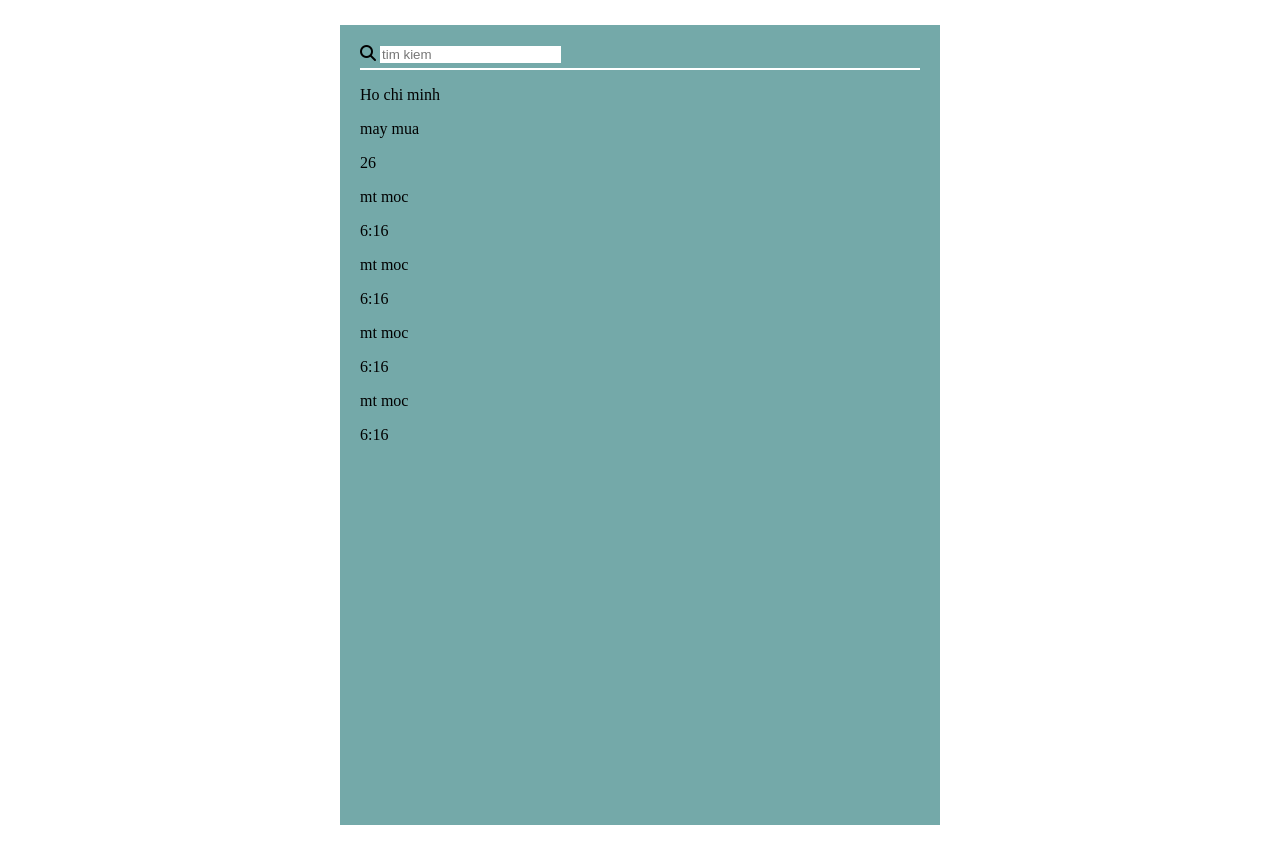
Repository: tienbkvn0605/weatherApp
Page: index.html
The author's editor kept a copy of each file at every save. The page is drawn from the files as they stood at one save, then again after the next save.
The browser window is 1280 px wide. The pictures show the whole page.

Above is the page before, as saved 2022-10-05 16:45:12.

After the next save:
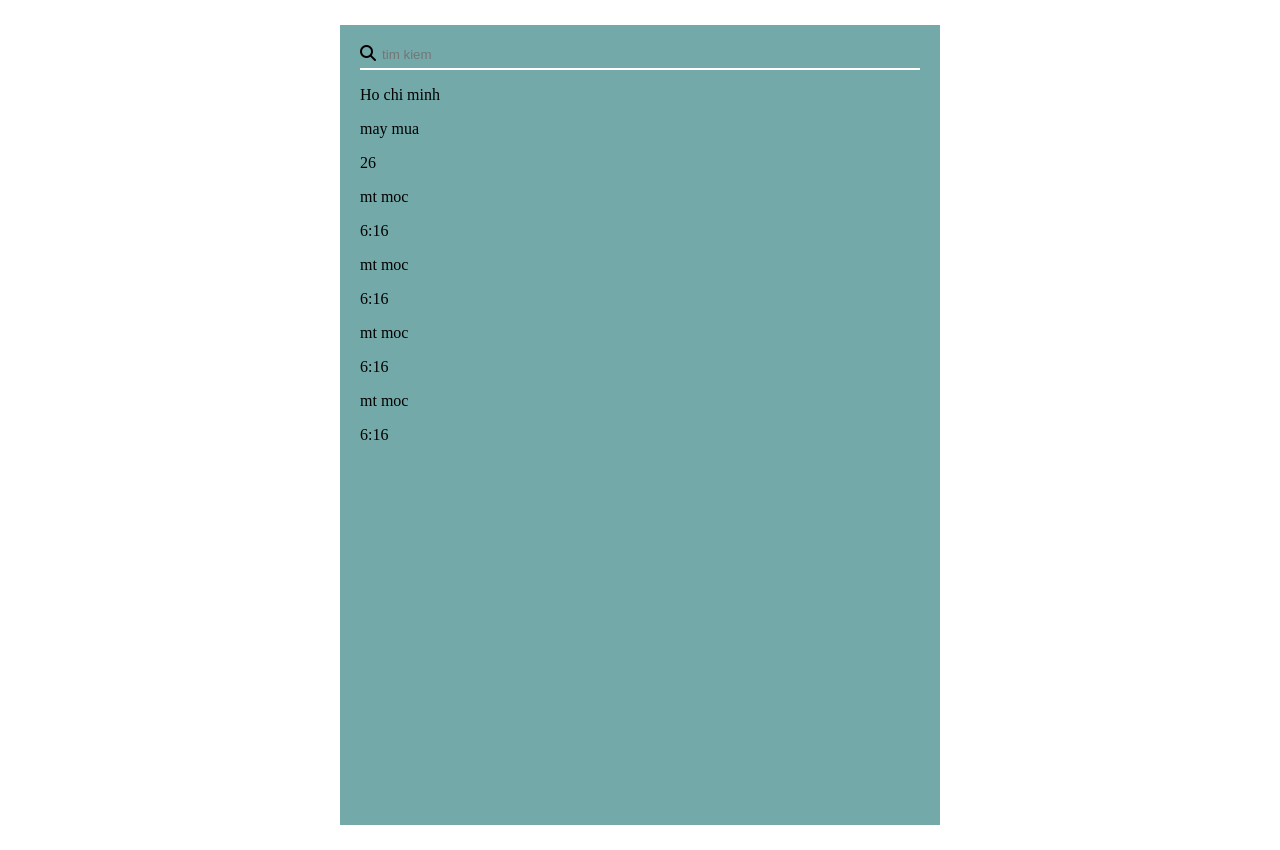
Saved 17 s later.
--- a/appstyle.css
+++ b/appstyle.css
@@ -19,4 +19,5 @@
 .search-input {
   border: 0;
   outline: none;
+  background-color: transparent;
 }
